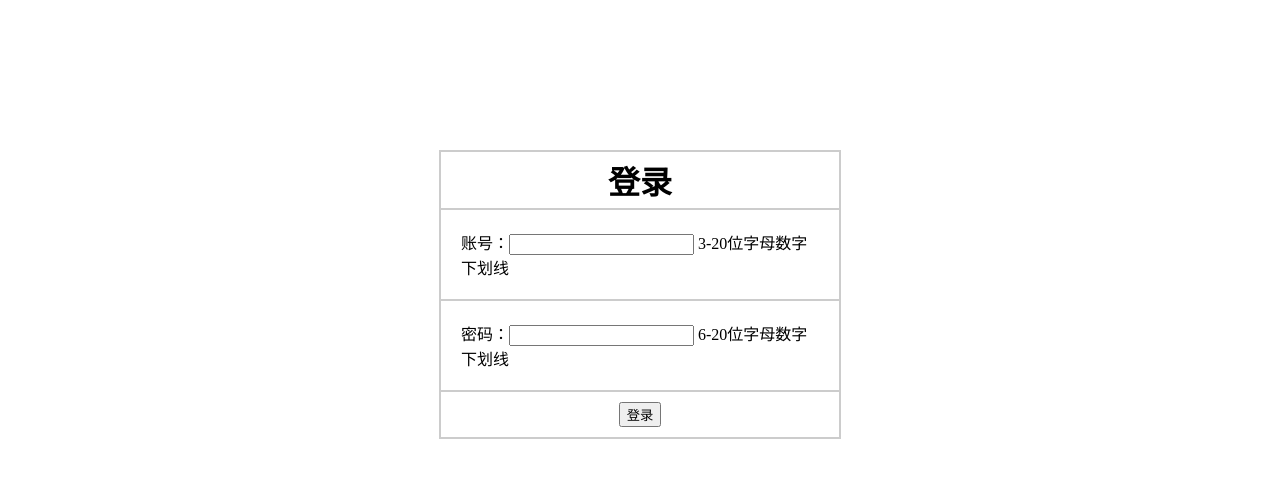
Repository: MasterKweng/workspace
Page: WebBasic/WebContent/day03 js/loginandout.html
These files come from the project's save history. The page is drawn as it stood at one moment and after the next save; the edit follows.
The browser window is 1280 px wide. The pictures show the whole page.

Above is the page before, as saved 2018-01-10 03:55:43.

After the next save:
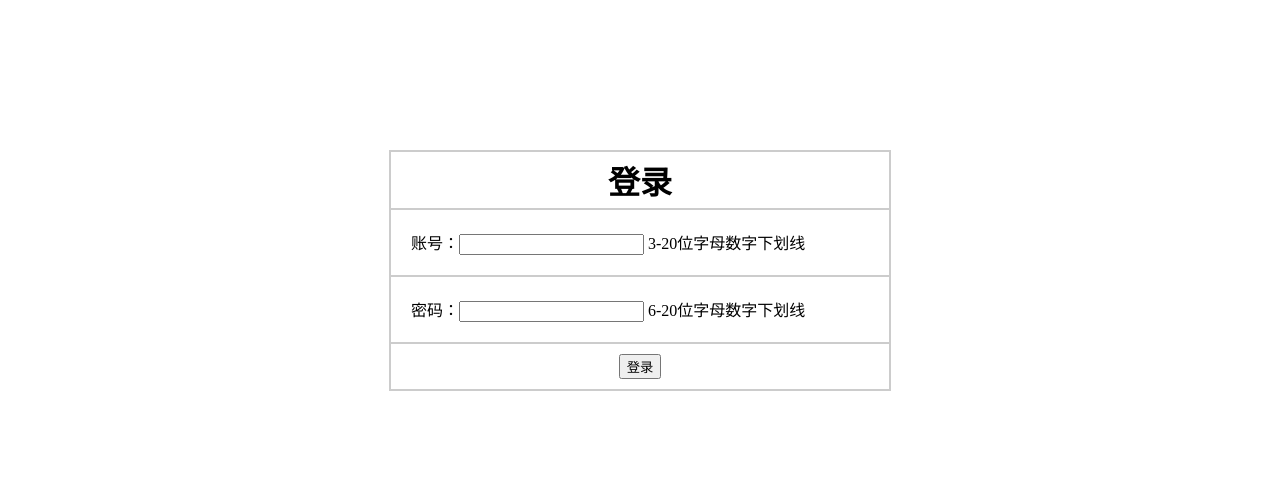
Saved 44 s later.
--- a/WebBasic/WebContent/day03 js/loginandout.html
+++ b/WebBasic/WebContent/day03 js/loginandout.html
@@ -5,7 +5,7 @@
 		<meta charset="utf-8"/>
 		<style>
 			form{
-				width:400px;
+				width:500px;
 				margin:150px auto;
 				border:1px solid #ccc;
 			}
